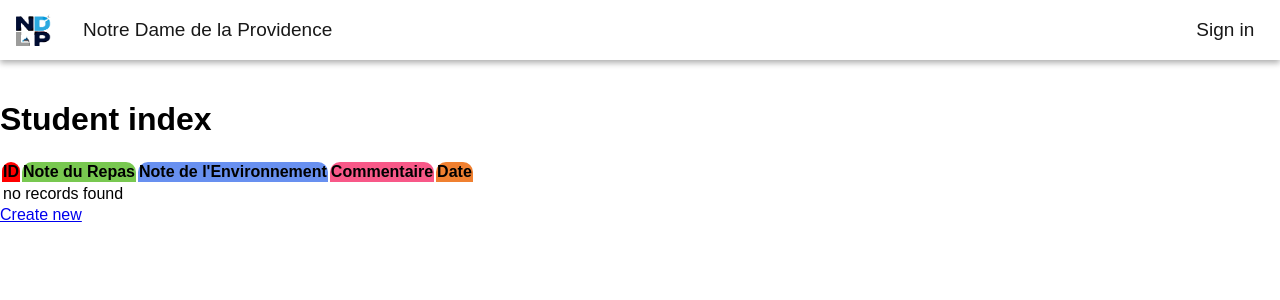
Repository: yaperson/self-feedback1
Page: templates/student/index.html.twig
These files come from the project's save history. The page is drawn as it stood at one moment and after the next save; the edit follows.
The browser window is 1280 px wide. The pictures show the whole page.
The page is a Twig template of a Symfony application; nobody is signed in and links lead nowhere. The template is opened directly, without the code that normally fills it, so the values that code supplies are empty.

Above is the page before, as saved 2021-12-14 10:46:01.
Console error: TypeError: Cannot read properties of null (reading 'querySelectorAll')

### templates/student/index.html.twig
{% extends 'base.html.twig' %}

{% block title %}Student index{% endblock %}

{% block body %}
    <h1>Student index</h1>

    <script>
        const compare = function(ids, asc)
        {
            return function(row1, row2)
            {
                const tdValue = function(row, ids)
                {
                    return row.children[ids].textContent;
                }

                const tri = function(v1, v2)
                {
                    if (v1 !== '' && v2 !== '' && !isNaN(v1) && !isNaN(v2))
                    {
                        return v1 - v2;
                    }

                    else
                    {
                        return v1.toString().localeCompare(v2);
                    }

                    return v1 !== '' && v2 !== '' && !isNaN(v1) && !isNaN(v2) ? v1 - v2 : v1.toString().localeCompare(v2);
                };

                return tri(tdValue(asc ? row1 : row2, ids), tdValue(asc ? row2 : row1, ids));
            }
        }

        const tbody = document.querySelector('tbody');
        const thx = document.querySelectorAll('th');
        const trxb = tbody.querySelectorAll('tr');

        thx.forEach(function(th)
        {
            th.addEventListener('click', function()
            {
                let classe = Array.from(trxb).sort(compare(Array.from(thx).indexOf(th), this.asc = !this.asc));

                classe.forEach(function(tr)
                {
                    tbody.appendChild(tr)
                });
            })
        });
    </script>

    <table class="table">
        <thead>
            <tr>
                <th style="background-color:#FF0000; border-top-left-radius: 10px; -moz-border-radius-topleft: 10px; -webkit-border-top-left-radius: 10px; -khtml-border-top-left-radius: 10px; -icab-border-top-left-radius: 10px; -o-border-top-left-radius: 10px; border-top-right-radius: 10px; -moz-border-radius-topright: 10px; -webkit-border-top-right-radius: 10px; -khtml-border-top-right-radius: 10px; -icab-border-top-right-radius: 10px; -o-border-top-right-radius: 10px;">ID</th>
                <th style="background-color:#78C850; border-top-left-radius: 10px; -moz-border-radius-topleft: 10px; -webkit-border-top-left-radius: 10px; -khtml-border-top-left-radius: 10px; -icab-border-top-left-radius: 10px; -o-border-top-left-radius: 10px; border-top-right-radius: 10px; -moz-border-radius-topright: 10px; -webkit-border-top-right-radius: 10px; -khtml-border-top-right-radius: 10px; -icab-border-top-right-radius: 10px; -o-border-top-right-radius: 10px;">Note du Repas</th>
                <th style="background-color:#6890F0; border-top-left-radius: 10px; -moz-border-radius-topleft: 10px; -webkit-border-top-left-radius: 10px; -khtml-border-top-left-radius: 10px; -icab-border-top-left-radius: 10px; -o-border-top-left-radius: 10px; border-top-right-radius: 10px; -moz-border-radius-topright: 10px; -webkit-border-top-right-radius: 10px; -khtml-border-top-right-radius: 10px; -icab-border-top-right-radius: 10px; -o-border-top-right-radius: 10px;">Note de l'Environnement</th>
                <th style="background-color:#F85888; border-top-left-radius: 10px; -moz-border-radius-topleft: 10px; -webkit-border-top-left-radius: 10px; -khtml-border-top-left-radius: 10px; -icab-border-top-left-radius: 10px; -o-border-top-left-radius: 10px; border-top-right-radius: 10px; -moz-border-radius-topright: 10px; -webkit-border-top-right-radius: 10px; -khtml-border-top-right-radius: 10px; -icab-border-top-right-radius: 10px; -o-border-top-right-radius: 10px;">Commentaire</th>
                <th style="background-color:#F08030; border-top-left-radius: 10px; -moz-border-radius-topleft: 10px; -webkit-border-top-left-radius: 10px; -khtml-border-top-left-radius: 10px; -icab-border-top-left-radius: 10px; -o-border-top-left-radius: 10px; border-top-right-radius: 10px; -moz-border-radius-topright: 10px; -webkit-border-top-right-radius: 10px; -khtml-border-top-right-radius: 10px; -icab-border-top-right-radius: 10px; -o-border-top-right-radius: 10px;">Date</th>
            </tr>
        </thead>
        <tbody>
        {% for student in students %}
            <tr>
                <td>{{ student.id }}</td>
                <td>{{ student.noteRepas }}</td>
                <td>{{ student.noteValeurEnvironnement }}</td>
                <td>{{ student.noteCommentaire }}</td>
                <td>{{ student.noteDate ? student.noteDate|date('Y-m-d') : '' }}</td>
            </tr>
        {% else %}
            <tr>
                <td colspan="6">no records found</td>
            </tr>
        {% endfor %}
        </tbody>
    </table>

    <a href="{{ path('student_new') }}">Create new</a>
{% endblock %}

### templates/base.html.twig
<!doctype html>
<html lang="en">
  <head>
    <meta charset="utf-8">
    <meta name="viewport" content="width=device-width, initial-scale=1, shrink-to-fit=no">
    <meta name="description" content="">
    <meta name="author" content="">
    <title>
        {% block title %} Welcome!
        {% endblock %}

    </title>
    <link rel="shortcut icon" href="images/cropped-cropped-NDLP-3-min-e1544695116495.png" type="image/x-icon">
    <link rel="stylesheet" href="css/style.css">
    <link rel="stylesheet" href="css/home.css">
    <!-- Bootstrap core CSS -->
    {# <link rel="stylesheet" href="/css/bootstrap.css" > #}
    {# <link rel="stylesheet" href="/css/starter-template.css" > #}

    <!-- Bootstrap core JS    # MIS EN COMMENTAIRE CAR BUGUE, A REGLER #
    <script src="js/bootstrap.js" > -->

 {% block stylesheets %}
 {% endblock %}
 {% block javascripts %}
 {% endblock %}

  </head>

  <body>
        <nav class="topnav" id="myTopnav">
          <div id="left">
            <img class="topnav__link img" src="/images/cropped-cropped-NDLP-3-min-e1544695116495.png">
            <span class="topnav__link">Notre Dame de la Providence</span>
          </div>
          {% if is_granted('ROLE_USER') %}
              <div class="nav-link disabled">
                <i class="fas fa-user"></i>
                {% if app.user %}
                  <strong>{{ app.user.username }}</strong>
                {% endif %}
              </div>
              <a class="topnav__link" id="right" href="{{ path('app_logout') }}">{{'Logout'|trans}}</a>
              {% else %}
              <a class="topnav__link" id="right" href="{{ path('app_login') }}">{{'Sign in'|trans}}</a>
              {% endif %}
        </nav>

    <main>
          {% block body %}{% endblock %}

    </main><!-- /.container -->
    {#
    <!-- Bootstrap core JavaScript
    ================================================== -->
    <!-- Placed at the end of the document so the pages load faster -->
    <script src="https://code.jquery.com/jquery-3.2.1.slim.min.js" integrity="sha384-KJ3o2DKtIkvYIK3UENzmM7KCkRr/rE9/Qpg6aAZGJwFDMVNA/GpGFF93hXpG5KkN" crossorigin="anonymous"></script>
    <script>window.jQuery || document.write('<script src="../../../../assets/js/vendor/jquery-slim.min.js"><\/script>')</script>
    <script src="../../../../assets/js/vendor/popper.min.js"></script>
    <script src="../../../../dist/js/bootstrap.min.js"></script> #}
  </body>
</html>

### public/css/style.css
html{
    width: 100%;
    width: 100%;
    height: 100%;
}


body{
    display: grid;
    margin: 0;
    width: 100%;
    height: 100vh;
    font-family: Arial, Helvetica, sans-serif;
}

main {
  margin-top: 5rem;
}

#btn5 {
  background: linear-gradient(180deg, #2aa1d4 0%, rgba(42, 158, 207, 0.992) 0.01%, rgba(43, 158, 207, 0.65) 99.97%, rgba(41, 157, 207, 0.67) 99.98%, rgba(45, 170, 225, 0.89) 100%);
  box-shadow: 0px 4px 4px rgba(0, 0, 0, 0.12);
  border-radius: 30px;
  border: none;
}
/***********************************************/
.topnav {
  overflow: hidden;
  background-color: rgb(255, 255, 255);
  box-shadow: 0 3px 6px 0 rgb(175, 175, 175);
  user-select: none;
  z-index: 2;
  display: flex;
  align-items: center;
  justify-content: space-between;
  position: fixed;
  width: 100%;
}
.topnav .topnav__link {
  float: left;
  color: #181818;
  padding: 14px 16px;
  text-decoration: none;
  font-size: 19px;
  transition: 0.2s;
}
#left {
  display: flex;
  align-items: center;
}
#right {
  float: right;
  /* margin-left: 75%; */
  padding-right: 2%;
}
.img {
  width: 35px;
  height: 32px;
  left: 11px;
  top: 7px;
}
.topnav .topnav__link:hover {
  color: #060c18;
  transition: 0.2s;
}
  /*****/
  .foo-container {
    display: flex;
    position: absolute;
    justify-content: center;
    align-items: center;
    bottom: 0;
    width: 100%;
    /* height: 164px; */
    color: white;
    background: #424242;
  }
  .bloc {
    display: flex;
    justify-content: space-around;
    margin: 10px;
    width: 50%;
  }

/***********************************************/

.error{
  display: flex;
  position: absolute;
  justify-content: center;
  align-items: center;
  width: 100%;
  height: 50px;
  background-color: red;
  animation: kboom infinite 1s;
  color: white;
}

@keyframes kboom {
  0%{
    background-color: red;
  }
  100%{
    background-color: blue;
  }
}



element.style {
  background-image: url(assets/img/image1.jpg);
  height: 100vh;
}
.bg-image {
  display: flex;
  justify-content: center;
  align-items: center;
  position: relative;
  overflow: hidden;
  background-repeat: no-repeat;
  background-size: cover;
  background-position: 50%;
}

@media (max-width: 750px) {
  .foo-container {
    color: #b6b6fb;
  }
  .topnav {
    max-width: 100%;
  }
}

### public/css/home.css
.main__title{
    display: flex;
    justify-content: center;
}

.title{
    font-size: 5rem;
    transition: 0.2s;
    animation: fromTop 2s ;
}

/***************/
.main__btn{
    justify-content: center;
    align-content: center;
    align-items: center;
    text-align: center;
    display: flex;
}

#btn5{
    display: flex;
    align-items: center;
    justify-content: center;
    position: relative;
    overflow: hidden;
    color: rgb(255, 255, 255);
    mix-blend-mode: normal;
    cursor: pointer;
    outline: none;
    border: none;
    width: 20%;
    height: 60px;
    text-decoration: none;
}
.TxtBtn {
    position: relative;
    pointer-events: none;
}

@media screen and (max-width: 750px) {
    main{
        max-width: 100%;
        height: 80%;
    }
    h1 {
        font-size: 60px;
        margin: auto;
    }
    h3{
        font-size: 50px;
    }
    #target{
        font-size: 50px;
    }
    #btn5{
        width: 200px;
    }
}

@keyframes fromTop {
    0% {
        color: rgba(0, 0, 0, 0);
        transition: 0.2s;
        margin-top: 20px;
    }
    100% {
        color: rgb(0, 0, 0);
        /* transition: 0.2s; */
    }
}

After the next save:
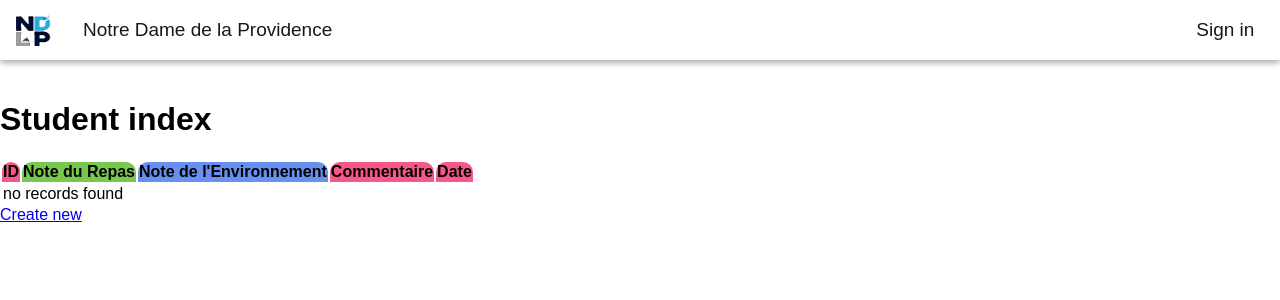
Saved 9 s later.
--- a/templates/student/index.html.twig
+++ b/templates/student/index.html.twig
@@ -55,11 +55,11 @@
     <table class="table">
         <thead>
             <tr>
-                <th style="background-color:#FF0000; border-top-left-radius: 10px; -moz-border-radius-topleft: 10px; -webkit-border-top-left-radius: 10px; -khtml-border-top-left-radius: 10px; -icab-border-top-left-radius: 10px; -o-border-top-left-radius: 10px; border-top-right-radius: 10px; -moz-border-radius-topright: 10px; -webkit-border-top-right-radius: 10px; -khtml-border-top-right-radius: 10px; -icab-border-top-right-radius: 10px; -o-border-top-right-radius: 10px;">ID</th>
+                <th style="background-color:#F85888; border-top-left-radius: 10px; -moz-border-radius-topleft: 10px; -webkit-border-top-left-radius: 10px; -khtml-border-top-left-radius: 10px; -icab-border-top-left-radius: 10px; -o-border-top-left-radius: 10px; border-top-right-radius: 10px; -moz-border-radius-topright: 10px; -webkit-border-top-right-radius: 10px; -khtml-border-top-right-radius: 10px; -icab-border-top-right-radius: 10px; -o-border-top-right-radius: 10px;">ID</th>
                 <th style="background-color:#78C850; border-top-left-radius: 10px; -moz-border-radius-topleft: 10px; -webkit-border-top-left-radius: 10px; -khtml-border-top-left-radius: 10px; -icab-border-top-left-radius: 10px; -o-border-top-left-radius: 10px; border-top-right-radius: 10px; -moz-border-radius-topright: 10px; -webkit-border-top-right-radius: 10px; -khtml-border-top-right-radius: 10px; -icab-border-top-right-radius: 10px; -o-border-top-right-radius: 10px;">Note du Repas</th>
                 <th style="background-color:#6890F0; border-top-left-radius: 10px; -moz-border-radius-topleft: 10px; -webkit-border-top-left-radius: 10px; -khtml-border-top-left-radius: 10px; -icab-border-top-left-radius: 10px; -o-border-top-left-radius: 10px; border-top-right-radius: 10px; -moz-border-radius-topright: 10px; -webkit-border-top-right-radius: 10px; -khtml-border-top-right-radius: 10px; -icab-border-top-right-radius: 10px; -o-border-top-right-radius: 10px;">Note de l'Environnement</th>
                 <th style="background-color:#F85888; border-top-left-radius: 10px; -moz-border-radius-topleft: 10px; -webkit-border-top-left-radius: 10px; -khtml-border-top-left-radius: 10px; -icab-border-top-left-radius: 10px; -o-border-top-left-radius: 10px; border-top-right-radius: 10px; -moz-border-radius-topright: 10px; -webkit-border-top-right-radius: 10px; -khtml-border-top-right-radius: 10px; -icab-border-top-right-radius: 10px; -o-border-top-right-radius: 10px;">Commentaire</th>
-                <th style="background-color:#F08030; border-top-left-radius: 10px; -moz-border-radius-topleft: 10px; -webkit-border-top-left-radius: 10px; -khtml-border-top-left-radius: 10px; -icab-border-top-left-radius: 10px; -o-border-top-left-radius: 10px; border-top-right-radius: 10px; -moz-border-radius-topright: 10px; -webkit-border-top-right-radius: 10px; -khtml-border-top-right-radius: 10px; -icab-border-top-right-radius: 10px; -o-border-top-right-radius: 10px;">Date</th>
+                <th style="background-color:#F85888; border-top-left-radius: 10px; -moz-border-radius-topleft: 10px; -webkit-border-top-left-radius: 10px; -khtml-border-top-left-radius: 10px; -icab-border-top-left-radius: 10px; -o-border-top-left-radius: 10px; border-top-right-radius: 10px; -moz-border-radius-topright: 10px; -webkit-border-top-right-radius: 10px; -khtml-border-top-right-radius: 10px; -icab-border-top-right-radius: 10px; -o-border-top-right-radius: 10px;">Date</th>
             </tr>
         </thead>
         <tbody>
